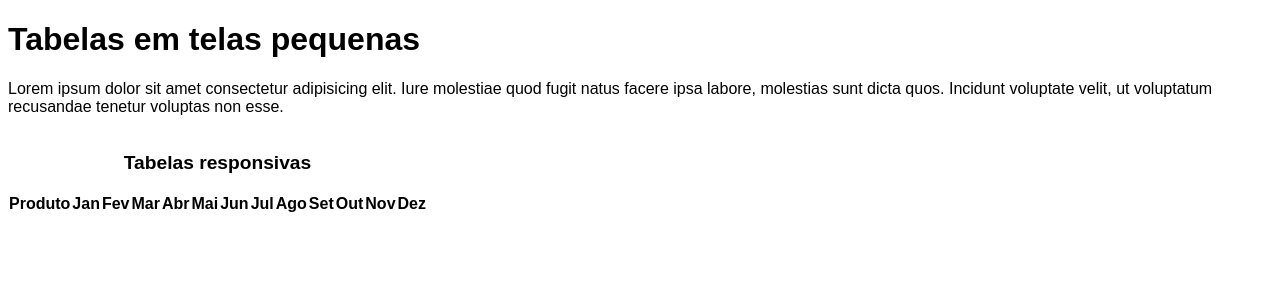
Repository: railsondev/html-css
Page: Módulo3/Exercicios/Ex02 - Tabelas/tabela005.html
An editor plug-in stored every save of this project. The page is shown before and after a run of saves, followed by the edit.
The browser window is 1280 px wide. The pictures show the whole page.

Above is the page before, as saved 2024-10-22 15:08:00.

After the next 3 saves:
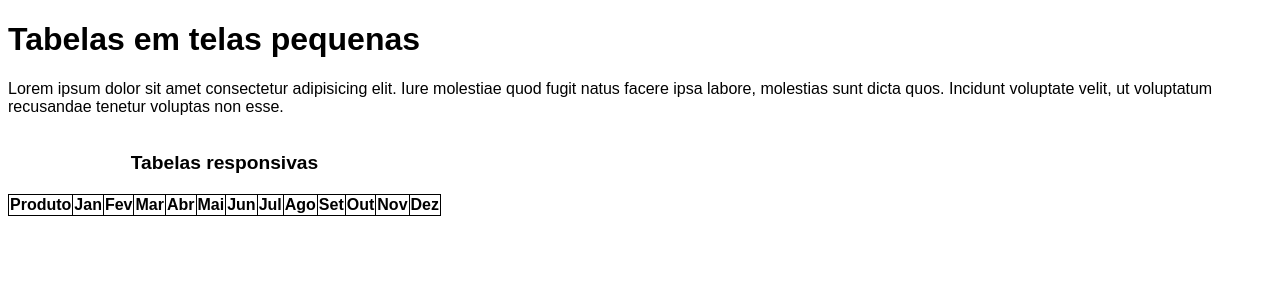
The 3 saves are shown as one change because they came seconds apart.
The last was saved 12 s later.
--- a/Módulo3/Exercicios/Ex02 - Tabelas/src/css/estilo05.css
+++ b/Módulo3/Exercicios/Ex02 - Tabelas/src/css/estilo05.css
@@ -15,5 +15,7 @@ caption {
 }
 
 th, td {
-  border: ;
+  border: 1px solid black;
 }
+
+tr
